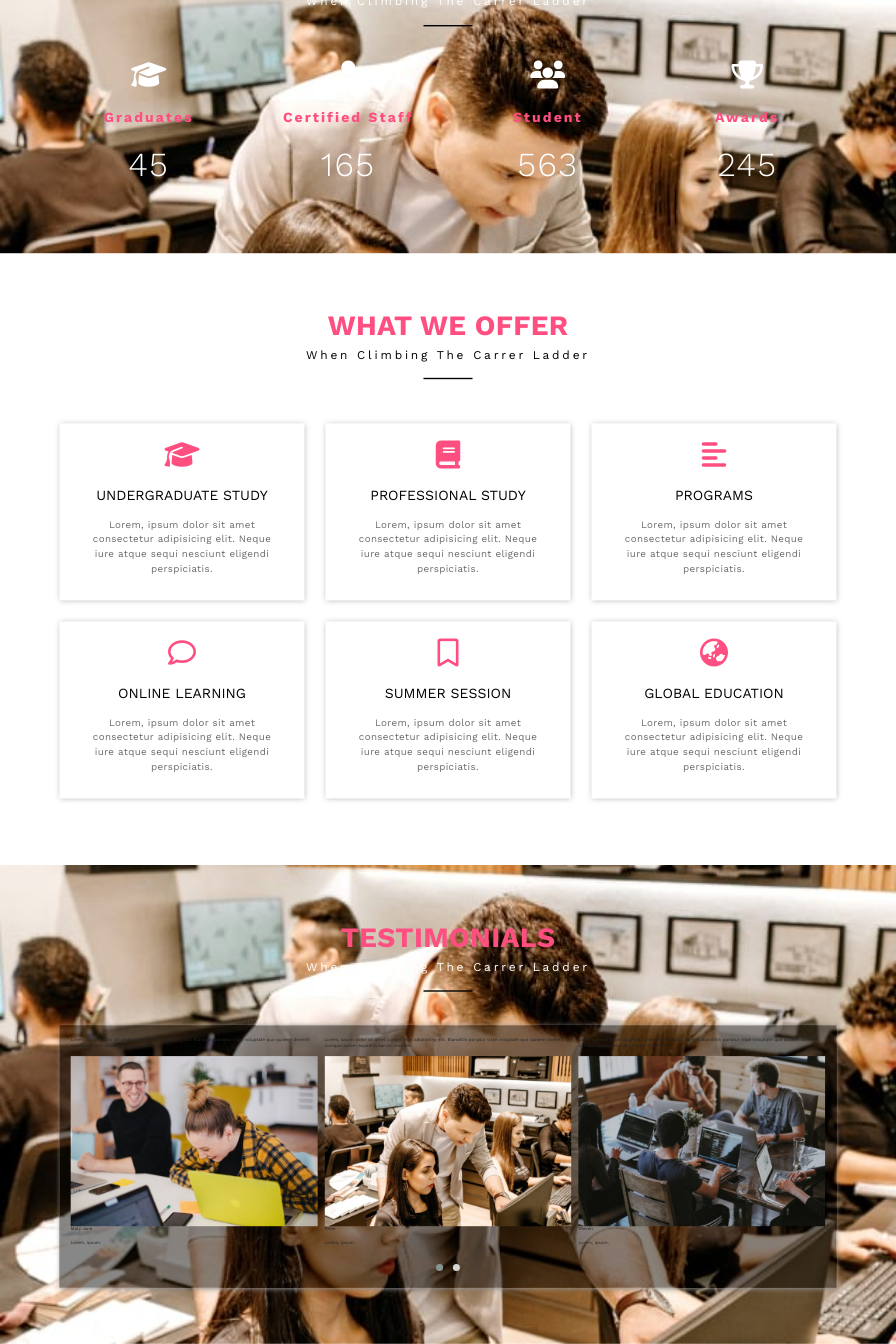
Repository: tudo1611/BC44_BOOTSTRAP_B7_INSTRUCTION_DO-TRUNG-TU
Page: index.html
These files come from the project's save history. The page is drawn as it stood at one moment and after a run of saves; the edit follows.
The browser window is 1280 px wide. The pictures show the part of the page from y = 1944 to 3864 px (the page is 3864 px tall), at 70% of full size.
Backgrounds fixed to the window are drawn as part of the page.

Above is the page before, as saved 2023-01-20 14:27:52.

After the next 9 saves:
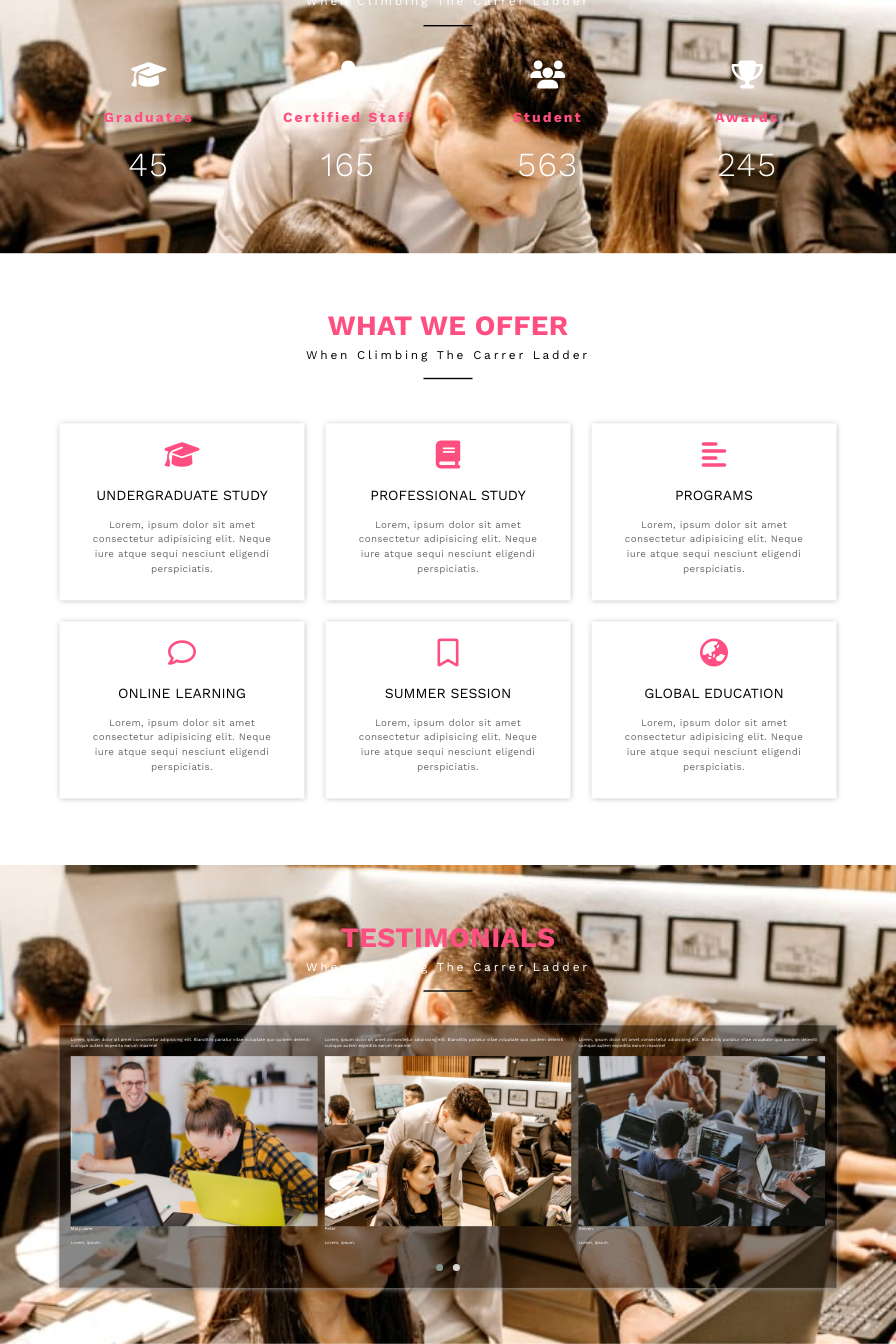
The 9 saves are shown as one change because they came seconds apart.
The last was saved 116 s later.
--- a/css/index.css
+++ b/css/index.css
@@ -260,3 +260,7 @@ html, body{
     box-shadow: 0px 1px 7px #8e8e8e;
     padding: 1.6rem;
 }
+.feedback__content .item{
+    color: #fff;
+    padding: 1;
+}
